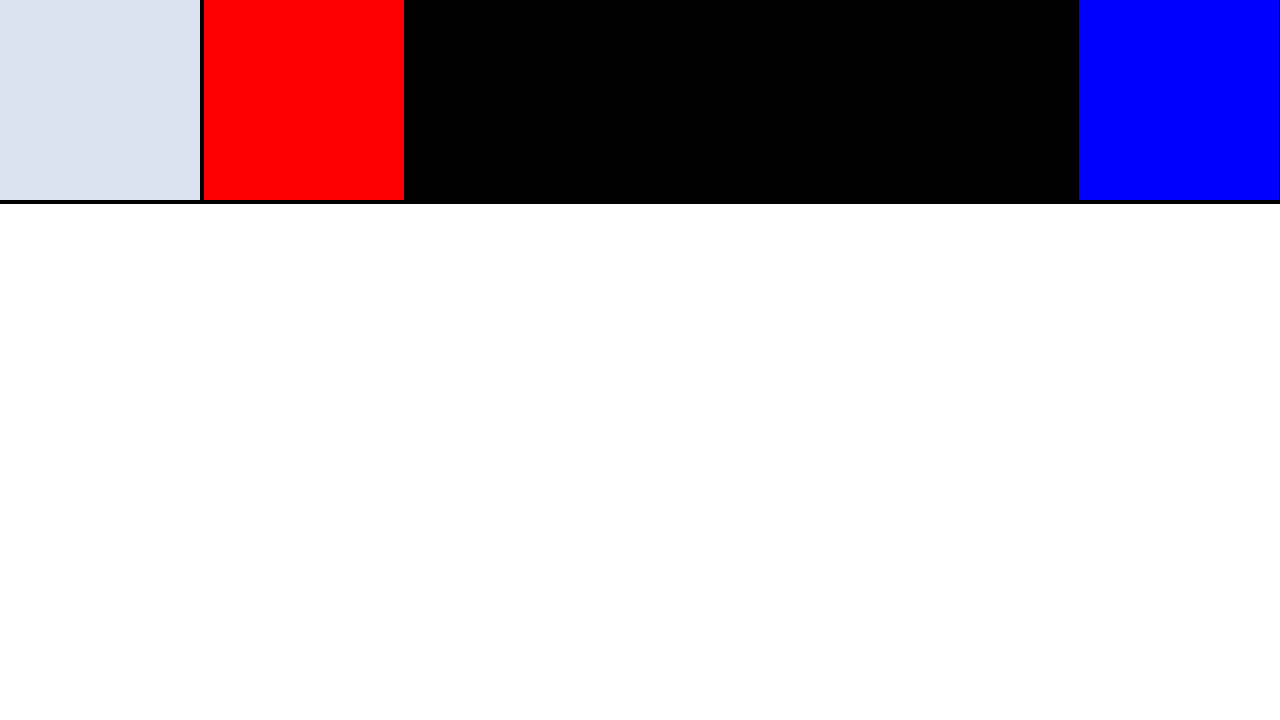
Repository: EpiTao-LLC/Personal_web_page
Page: scratch.html
The author's editor kept a copy of each file at every save. The page is drawn from the files as they stood at one save, then again after the next save.
The browser window is 1280 px wide. The pictures show the whole page.

Above is the page before, as saved 2020-05-20 15:56:23.

After the next save:
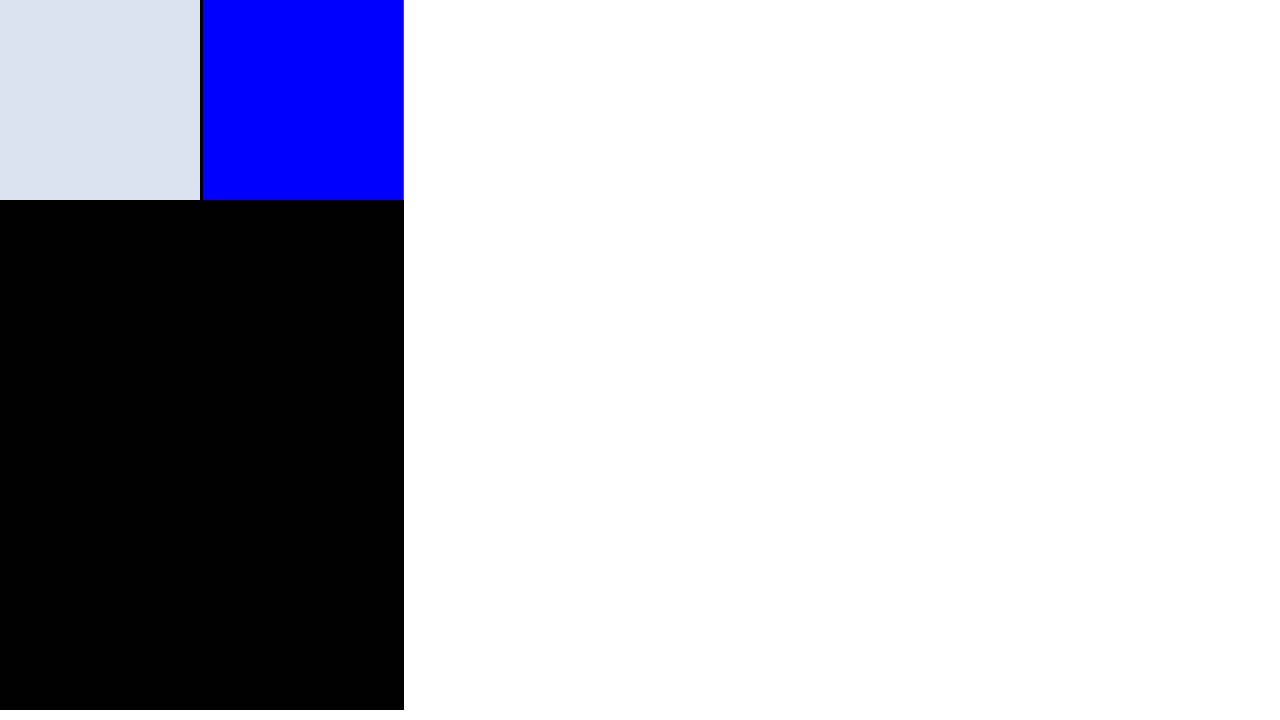
Saved 2 min 7 s later.
--- a/css/scratch.css
+++ b/css/scratch.css
@@ -6,9 +6,10 @@
 }
 .big_container {
     background-color: black;
+    position: absolute;
     display: block;
-    height: auto;
-    overflow: visible;
+    top: 0px;
+    bottom: 10px;
     width: auto;
 }
 .top_container {

After the save that followed:
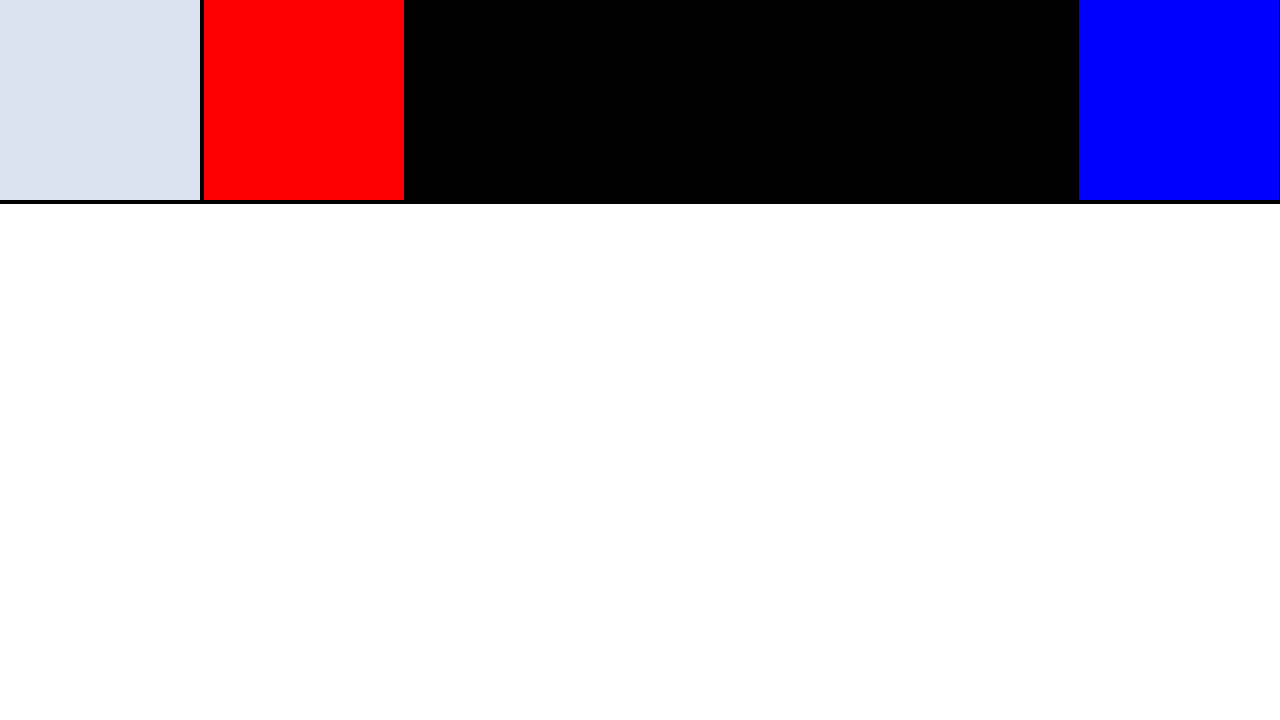
Saved 108 s later.
--- a/css/scratch.css
+++ b/css/scratch.css
@@ -6,11 +6,11 @@
 }
 .big_container {
     background-color: black;
-    position: absolute;
+    position: relative;
     display: block;
     top: 0px;
     bottom: 10px;
-    width: auto;
+    width: 100%;
 }
 .top_container {
     background-color: #dbe2ef;
